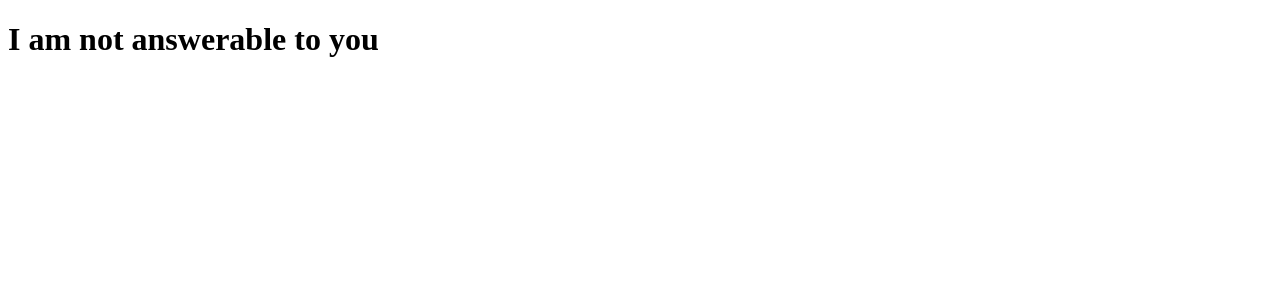
Repository: amanopyadav/WebAppDemo
Page: FirstWebApp/src/main/webapp/index.html
An editor plug-in stored every save of this project. The page is shown before and after the next save, followed by the edit.
The browser window is 1280 px wide. The pictures show the whole page.

Above is the page before, as saved 2023-08-18 10:12:15.

After the next save:
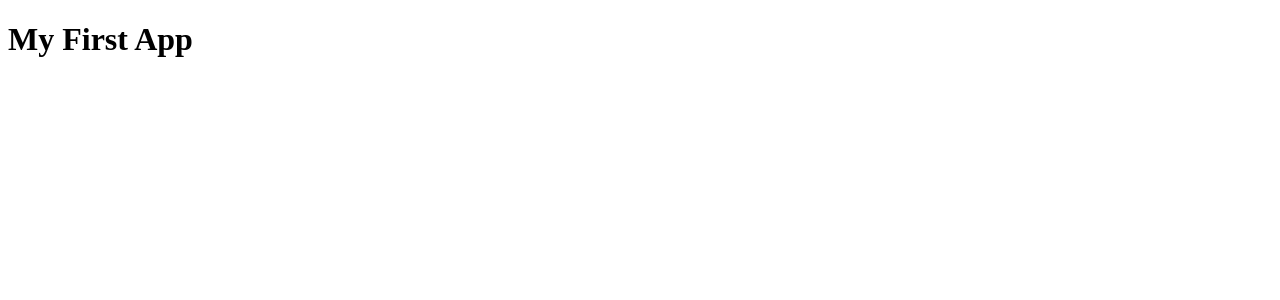
Saved 2 days later.
--- a/FirstWebApp/src/main/webapp/index.html
+++ b/FirstWebApp/src/main/webapp/index.html
@@ -5,6 +5,6 @@
 <title>WEBAPP</title>
 </head>
 <body>
-	<h1>I am not answerable to you</h1>
+	<h1>My First App</h1>
 </body>
 </html>
